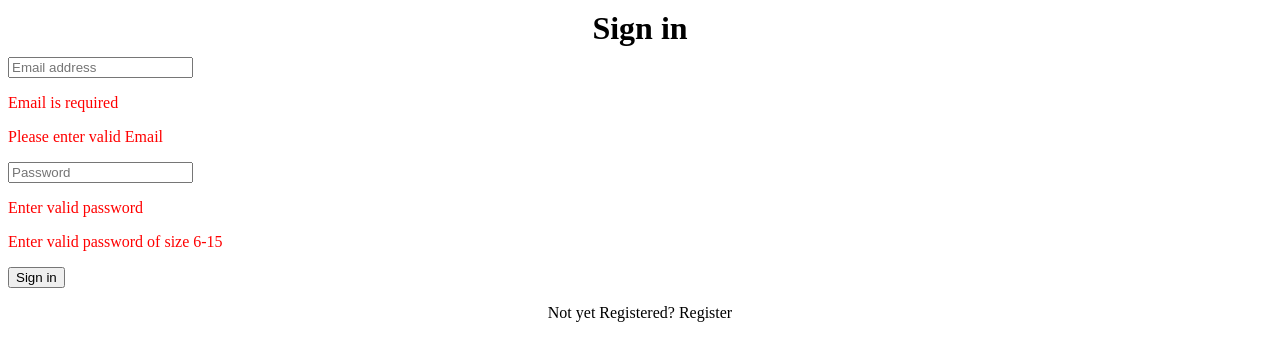
Repository: sagarpatil11/ToDo
Page: todo/src/main/webapp/templates/login.html
An editor plug-in stored every save of this project. The page is shown before and after the next save, followed by the edit.
The browser window is 1280 px wide. The pictures show the whole page.

Above is the page before, as saved 2017-07-21 12:48:26.

After the next save:
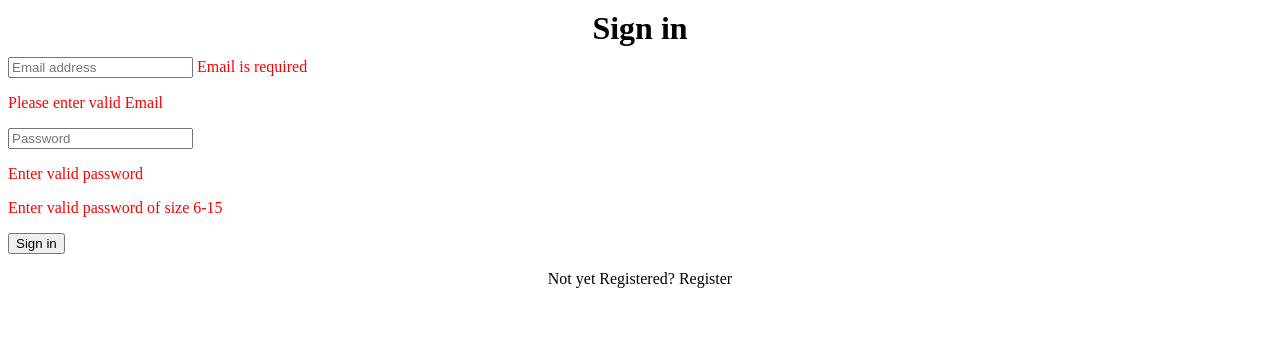
Saved 3 min 27 s later.
--- a/todo/src/main/webapp/templates/login.html
+++ b/todo/src/main/webapp/templates/login.html
@@ -6,7 +6,7 @@
 
             	<div class="form-group">
                 	<input type="email" data-ng-model="email" data-ng-pattern="/^[a-z]+[a-z0-9._]+@[a-z]+\.[a-z.]{2,5}$/" name="email" id="inputEmail" class="form-control" placeholder="Email address" required >
-               		<p><span data-ng-show="userform.email.$error.required && userform.email.$touched" style="color: red">Email is required</span></p>
+               		<span data-ng-show="userform.email.$error.required && userform.email.$touched" style="color: red">Email is required</span>
                		<p><span data-ng-show="userform.email.$error.pattern" style="color: red">Please enter valid Email</span></p>
                	</div>
 
